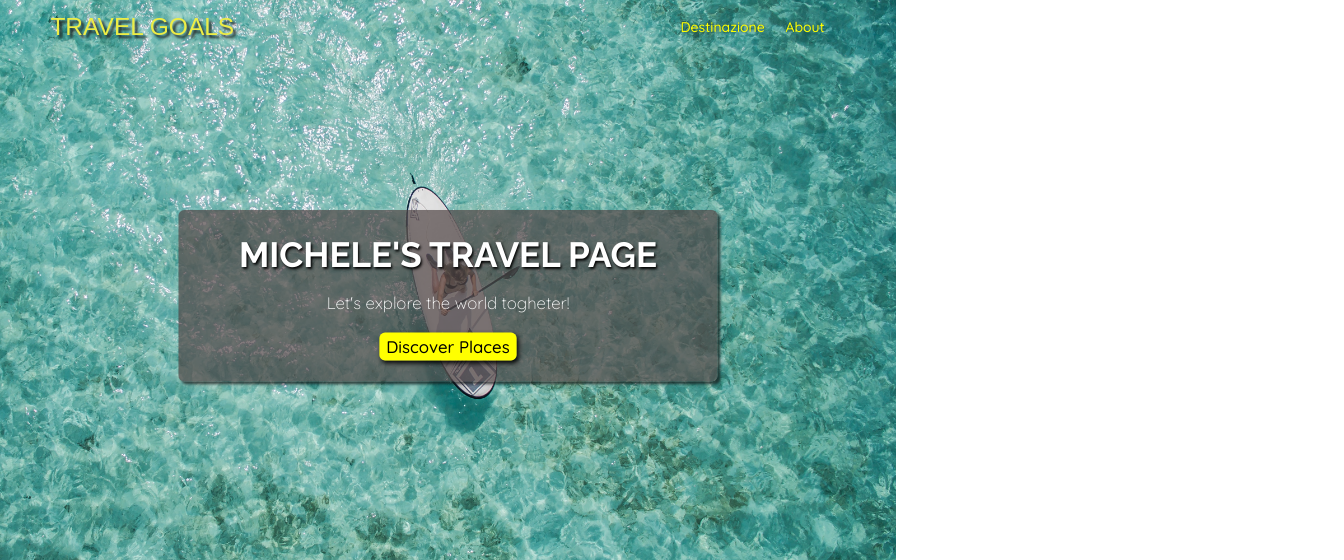
Repository: MicTomm/Travel-Goals
Page: index.html
The author's editor kept a copy of each file at every save. The page is drawn from the files as they stood at one save, then again after the next save.
The browser window is 1280 px wide. The page is 1280 px wide, then 1920 px, so the pictures cover 1920 px, including what lies to the right of the window. The pictures show the part of the page from y = 0 to 1280 px (the page is 800 px tall before and 5041 px after), at 70% of full size.
Some web fonts or font styles are not loaded; a fallback is used.

Above is the page before, as saved 2023-06-04 12:36:56.

### index.html
<!DOCTYPE html>
<html lang="it">

<head>
    <meta charset="UTF-8">
    <title>Travel Goals</title>
    <link rel="stylesheet"
        href="https://fonts.googleapis.com/css2?family=Raleway:wght@700&family=Oleo+Script:wght@700&family=Quicksand:wght@300;500&display=swap">
    <link href="styles/shared.css" rel="stylesheet">
    <link href="styles/main-page-style.css" rel="stylesheet">
</head>

<body>
    <header>
        <div id="logo">
            <a href="/index.html">Travel Goals</a>
        </div>
        <nav>
            <ul>
                <li><a href="/places.html">Destinazione</a></li>
                <li><a href="">About</a></li>
            </ul>
        </nav>
    </header>
    <main>
        <section id="hero-image-section">
            <div id="div-section1">
                <h1>Michele's Travel Page</h1>
                <p>Let's explore the world togheter!</p>
                <a href="/places.html">Discover Places</a>
            </div>
        </section>
        <section id="highlights">

        </section>
    </main>
    <footer></footer>
</body>

</html>

### styles/shared.css
body{
    margin: 0px;
    font-family: 'Quicksand', sans-serif;
}

#logo a{
    font-family: 'Oleo script', sans-serif;
    font-size: 35px;
    text-decoration: none;
    color: rgb(237, 237, 70);
    text-shadow: 4px 4px 4px rgb(31, 29, 29);
    text-transform: uppercase;
}

#logo a:hover{
    background-color: transparent;

}

### styles/main-page-style.css
header {
    display: flex;
    justify-content: space-between;
    align-items: center;
    padding: 15px 60px;
    position: absolute;
    width: 100%;
    box-sizing: border-box;
}

ul {
    list-style: none;
    padding: 0px;
    margin: 0px;
}

header ul {
    margin: 10px;
    display: flex;
    justify-content: space-between;
    width: 250px;
}

header li {
    width: 100px;
}

header a{
    font-size: 20px;
    text-decoration: none;
    color: yellow;
    text-shadow: 1px 1px 4px rgba(0, 0, 0, 0.5);
    padding: 12px;
}

header a:hover{
    background-color: yellow;
    box-shadow: 2px 2px 4px rgba(0, 0, 0, 0.5);
    color: rgb(67, 60, 60);
    text-shadow: 1px 1px 2px rgb(0, 0, 0, 0.5);
    border-radius: 8px;
}

#hero-image-section {
    text-align: center;
    background-image: url("/images/places/ocean.jpg");
    background-position: center;
    background-size: cover;
    height: 800px;
    /* padding-top: 100px; (alternativa per spostare div-section1 più in basso)*/
}

#div-section1 {
    background-color: rgba(82, 70, 70, 0.7);
    box-shadow: 4px 4px 4px rgba(18, 18, 18, 0.7);
    width: 700px;
    margin: 0px auto;
    padding: 35px;
    border-radius: 8px;
    position: relative;
    top: 300px;
}

#div-section1 h1 {
    font-size: 50px;
    color: white;
    font-family: 'Raleway', sans-serif;
    text-shadow: 2px 2px 4px black;
    text-transform: uppercase;
    margin: 0px;
}

#div-section1 p {
    color: white;
    font-size: 24px;
    font-weight: 300;
    margin-bottom: 32px;
}

#div-section1 a{
 font-size: 24px;
 text-decoration: none;
 color: black;
 border-radius: 8px;
 background-color: yellow;
 padding: 5px 10px;
 box-shadow: 3px 4px 8px black;
}

#div-section1 a:hover{
    background-color: greenyellow;
    text-shadow: 1px 1px 2px rgba(0, 0, 0, 0.5);
}

After the next save:
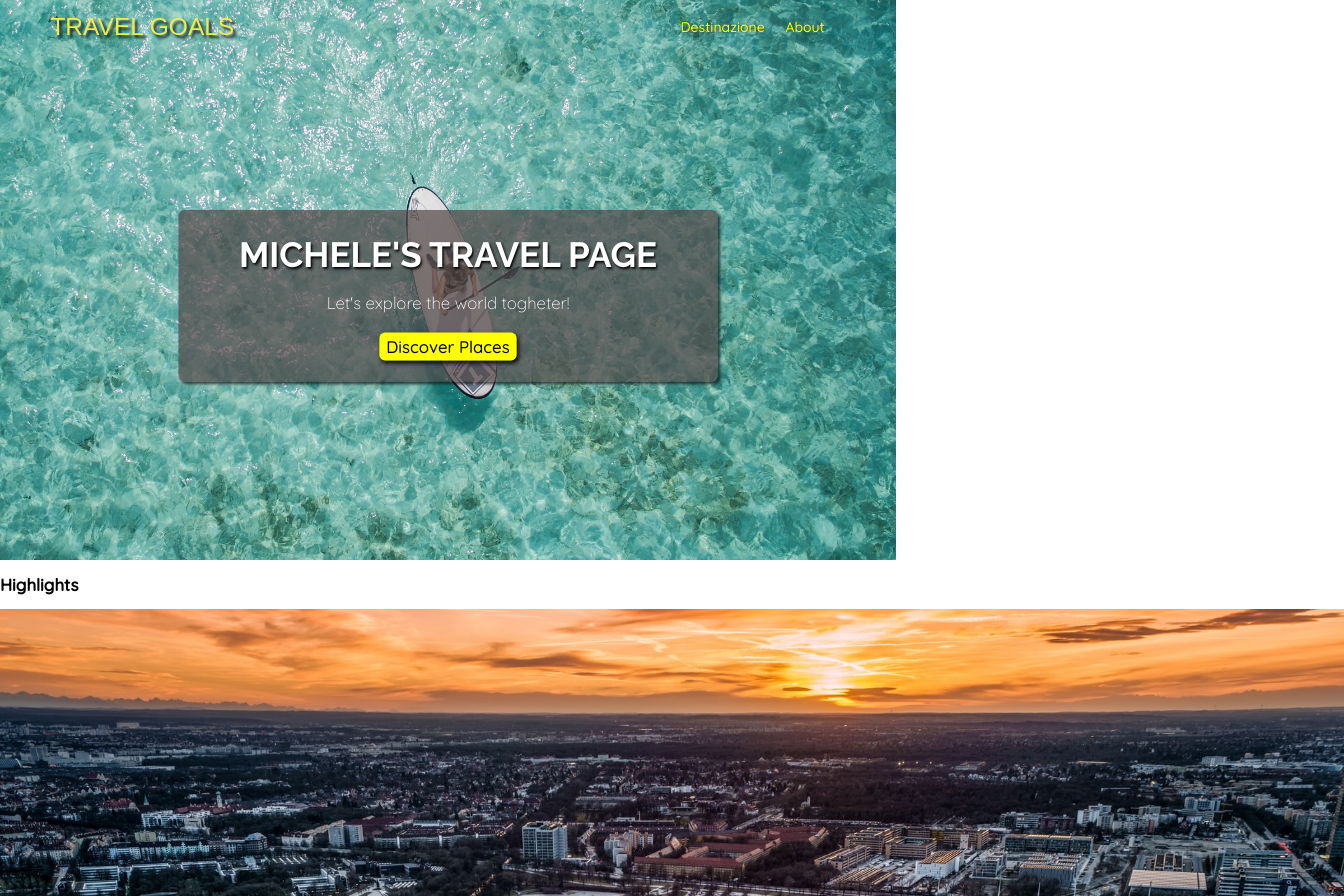
Saved 27 h 16 min later.
--- a/index.html
+++ b/index.html
@@ -31,6 +31,21 @@
             </div>
         </section>
         <section id="highlights">
+            <h2>Highlights</h2>
+            <ul>
+                <li>
+                    <img src="/images/places/munich.jpg" alt="Munich">
+                    <p>Munich</p>
+                </li>
+                <li>
+                    <img src="/images/places/barcelona.jpg" alt="Barcelona">
+                    <p>Barcelona</p>
+                </li>
+                <li>
+                    <img src="images/places/miami.jpg" alt="Miami">
+                    <p>Miami</p>
+                </li>
+            </ul>
 
         </section>
     </main>
